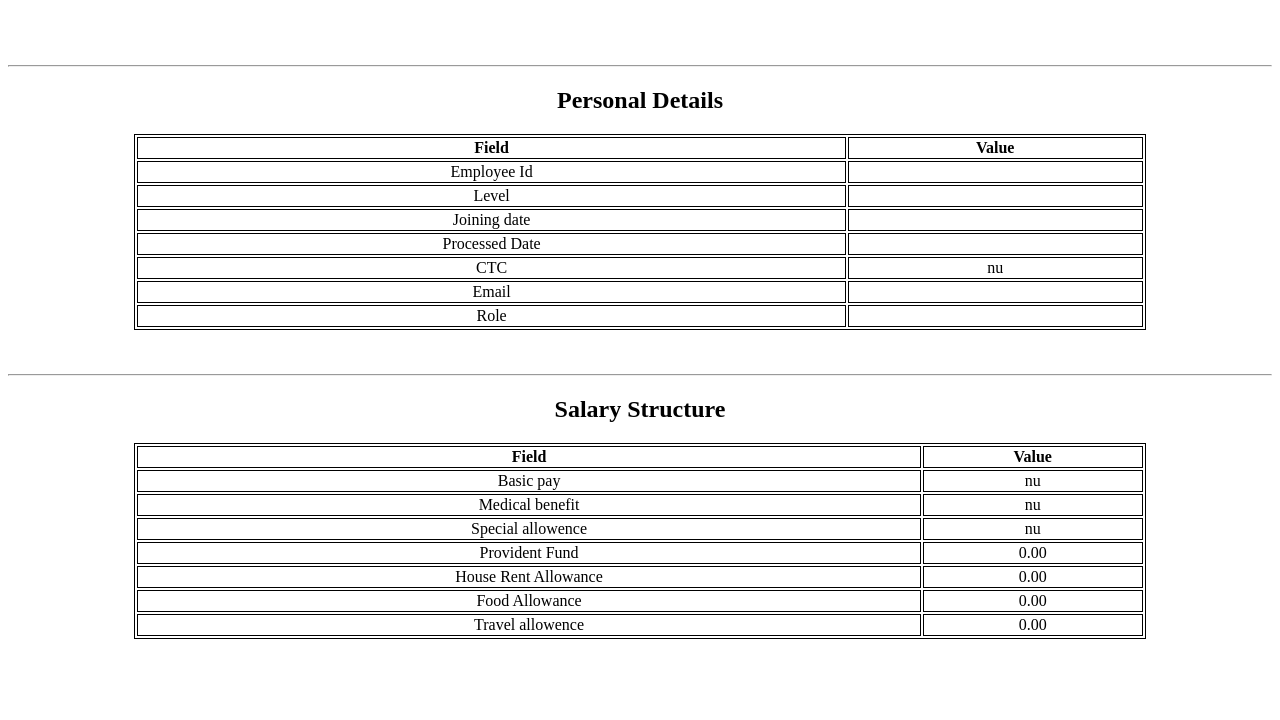
Repository: Mainak-Deb/EmployeeApprisalApp
Page: http://localhost/EmployeeApprisalForm/WEB-INF/views/userPage.jsp
These files come from the project's save history. The page is drawn as it stood at one moment and after the next save; the edit follows.
The browser window is 1280 px wide. The pictures show the whole page.
The page is served by Tomcat 9. Nobody is signed in. Other server files are loaded and not shown. The template is opened directly, without the code that normally fills it, so the values that code supplies are empty.

Above is the page before, as saved 2023-06-27 11:22:53.

### EmployeeApprisalForm/src/main/webapp/WEB-INF/views/userPage.jsp
<%@ page language="java" contentType="text/html; charset=ISO-8859-1"
    pageEncoding="ISO-8859-1"%>
    <%@ taglib prefix="c" uri="http://java.sun.com/jsp/jstl/core" %>


<!DOCTYPE html>
<html lang="en">
<head>
    <meta charset="UTF-8">
    <meta name="viewport" content="width=device-width, initial-scale=1.0">
    <title>Document</title>
    <style>
        table, th, td {
          border: 1px solid;
          text-align: center;
        }

        table {
          width: 80%;
          margin: auto;
        }
        </style>
        <link rel="stylesheet" href="public/styles/userPage.css">

</head>
<body>

    <h1 style="text-align: center;" >${employeeDetails.name}</h1>
    <div style="text-align: center;" >${employeeDetails.designation}</div> <br><br>
    <hr>
    <div>
    <h2 style="text-align: center;" >Personal Details</h2>
    <table>
        <tr>
          <th>Field</th>
          <th>Value</th>
        </tr>
         <tr>
          <td>Employee Id</td>
          <td> ${employeeDetails.empID}</td>
        </tr>
        <tr>
          <td>Level</td>
          <td> ${employeeDetails.level}</td>
        </tr>
        <tr>
          <td>Joining date</td>
          <td>${employeeDetails.postedDate}</td>
        </tr>
        <tr>
            <td>Processed Date</td>
            <td>${employeeDetails.processedDate}</td>
        </tr>
        <tr>
            <td>CTC</td>
            <td>${String.format("%.2f", employeeDetails.ctc)}</td>
        </tr>

        <tr>
            <td>Email</td>
            <td>${employeeDetails.username}</td>
        </tr>

        <tr>
            <td>Role</td>
            <td>${employeeDetails.role}</td>
        </tr>
      </table>

      <br><br>
      <hr>
      <h2 style="text-align: center;" >Salary Structure</h2>
      <table>
        <tr>
          <th>Field</th>
          <th>Value</th>
        </tr>
        <tr>
          <td>Basic pay</td>
          <td>${String.format("%.2f", employeeDetails.basic)}</td>
        </tr>
        <tr>
          <td>Medical benefit</td>
          <td>${String.format("%.2f", employeeDetails.medical)}</td>
        </tr>
        <tr>
            <td>Special allowence</td>
            <td>${String.format("%.2f", employeeDetails.specialAllowances)}</td>
        </tr>
        <tr>
            <td>Provident Fund</td>
            <td>${String.format("%.2f", employeeDetails.basic*employeeDetails.pf/100)}</td>
        </tr>

        <tr>
            <td>House Rent Allowance</td>
            <td>${String.format("%.2f", employeeDetails.basic*employeeDetails.hra/100)}</td>
        </tr>

        <tr>
            <td>Food Allowance</td>
            <td>${String.format("%.2f", employeeDetails.specialAllowances*employeeDetails.food/100)}</td>
        </tr>
        <tr>
            <td>Travel allowence</td>
            <td>${String.format("%.2f", employeeDetails.specialAllowances*employeeDetails.travel/100)}</td>
        </tr>
      </table>

      <br><br>
      </div>

</body>
</html>

### EmployeeApprisalForm/src/main/webapp/public/styles/userPage.css
table, th, td {
    border: 1px solid;
    text-align: center;
  }

  table {
    width: 80%;
    margin: auto;
  }

  td{}

After the next save:
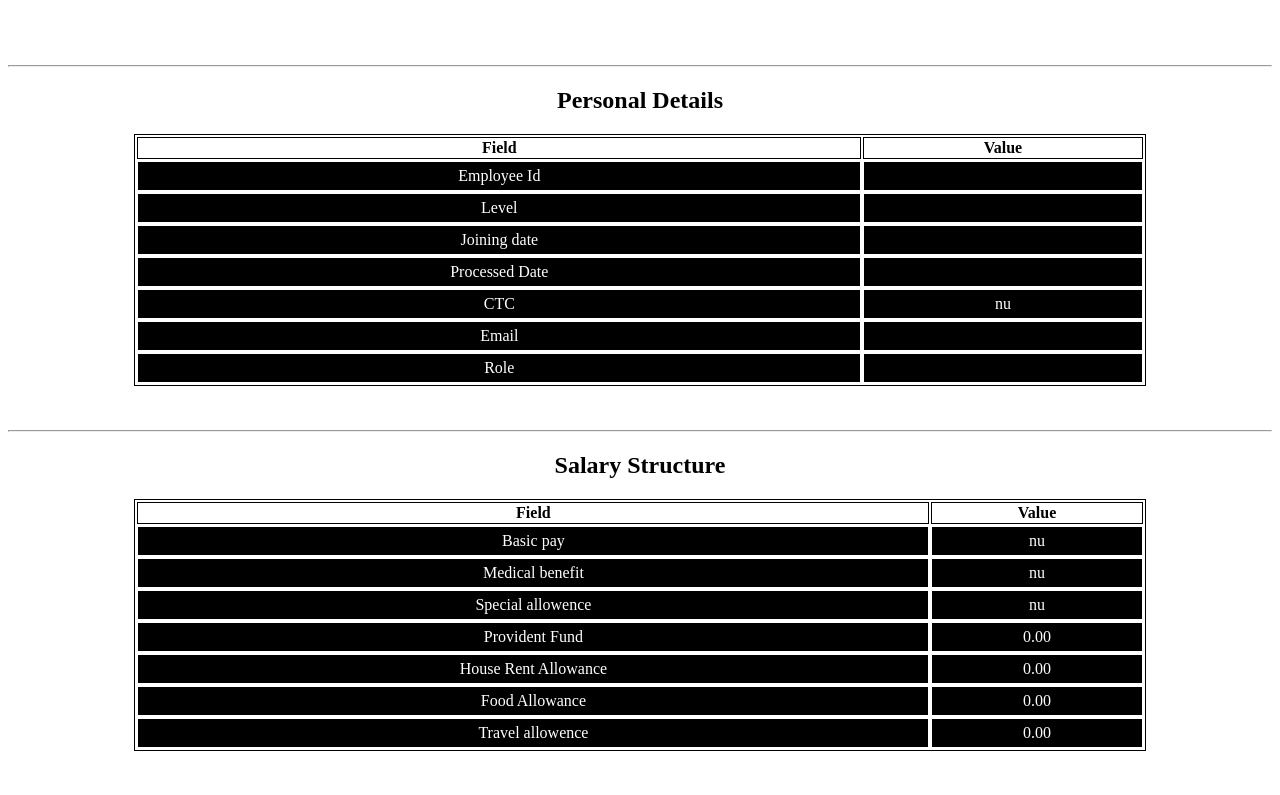
Saved 61 s later.
--- a/EmployeeApprisalForm/src/main/webapp/public/styles/userPage.css
+++ b/EmployeeApprisalForm/src/main/webapp/public/styles/userPage.css
@@ -8,4 +8,8 @@ table, th, td {
     margin: auto;
   }
 
-  td{}
+  td{
+  	background-color:black;
+  	color:white;
+  	padding:5px;
+  }
